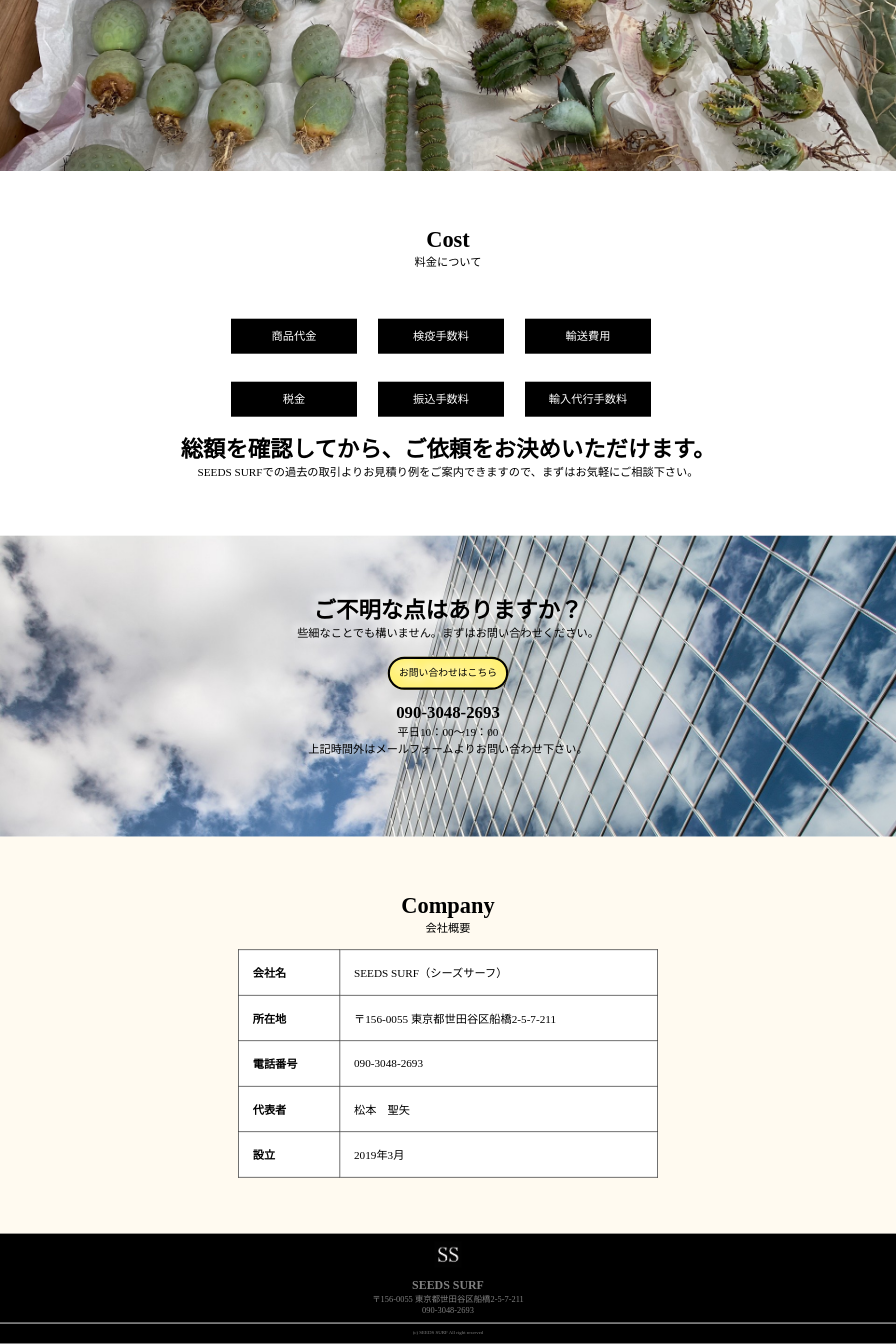
Repository: Seiya00002/seeds-surf-lp
Page: index.html
These files come from the project's save history. The page is drawn as it stood at one moment and after the next save; the edit follows.
The browser window is 1280 px wide. The pictures show the part of the page from y = 2205 to 4125 px (the page is 4125 px tall before and 4075 px after), at 70% of full size.

Above is the page before, as saved 2023-07-16 08:22:55.

### index.html
<!DOCTYPE html>
<html lang="ja">
<head>
    <meta charset="UTF-8">
    <meta http-equiv="X-UA-Compatible" content="IE=edge">
    <meta name="viewport" content="width=device-width, initial-scale=1.0">
    <title>輸入代行SEEDS SURF</title>
    <link rel="stylesheet" href="css/style.css">
</head>
<body>
    <header>
        <div class="header_left">
            <img src="img/sslogo.jpg"
                alt="logo"
                width="40"
                height="40"
                class="logo">
            <h1>希少植物・輸入代行</h1>

        </div>
        <div class="header_right">
            <img src="img/tel_logo.png"
                alt="tel_logo"
                width="35"
                height="35"
                class="tel_logo">
            <div class="header_contact">
                <h2>090-3048-2693</h2>
                <p>（平日9:00 ~ 18:00）</p>
            </div>
        </div>
    </header>

    <main>
        <div class="top_wrapper">
            <div class="container">
                <div class="hero_message">
                    <div class="calculation-app">
                        <h2>お見積り計算シュミレーション</h2>

                            <p>仕入れ先の地域を選択して下さい。</p>
                            <form name="form1">
                                <select name="place">
                                    <option value="1.2">北米</option>
                                    <option value="1.2">ヨーロッパ</option>
                                    <option value="1">アジア</option>
                                </select>
                            </form>

                            <p>箱のサイズの予想を選択して下さい。</p>
                            <form name="form2">
                                <select name="box">
                                    <option value="18350">15kg</option>
                                    <option value="13350">10kg</option>
                                    <option value="8150">5kg</option>
                                </select>
                            </form>
                            <p>およその商品代金を入力して下さい。</p>
                            <label>￥</label><input
                            type="text"
                            id="price"
                            value=""
                            placeholder="200,000"
                            maxlength="7"
                            size="10"
                            ></label>

                            <br>
                            <br>
                            <div class="btn-box">
                                <button id="button">計算Go!!</button>
                            </div>
                    </div>
                </div>
            </div>
        </div>


        <!-- 見積り表 -->
    <div id="estimate_table" class="estimate_wrapper">
        <div class="container">
            <h2>予想お見積り表</h2>
            <table align="center" class="estimate">
                <tr>
                    <th>商品代金</th>
                    <td>¥<span id="span2"></span></td>
                </tr>
                <tr>
                    <th>検疫手数料</th>
                    <td>¥<span id="span3"></span></td>
                </tr>
                <tr>
                    <th>送料</th>
                    <td>¥<span id="span4"></span></td>
                </tr>
                <tr>
                    <th>弊社代行手数料</th>
                    <td>¥<span id="span5"></span></td>
                </tr>
                <tr>
                    <th>海外送金手数料</th>
                    <td>¥<span id="span6"></span></td>
                </tr>
                <tr>
                    <th>税金</th>
                    <td>¥<span id="span7"></span></td>
                </tr>
                <tr>
                  <th>合計</th>
                  <th>¥<span id="span1"></span></th>
              </tr>
            </table>
            <h3>詳しくは下記の「Cost」欄をご覧下さい。</h3>
        </div>
    </div>






        <div class="top_message">
            <div class="container">
                <div class="message">
                    <h1>SEEDS SURFの輸入代行の強み</h1>
                    <p>観葉植物など検疫やワシントン条約に関わる特殊な商品の輸入代行が得意です。<br>業者様から個人事業者様、個人様の輸入、どなたもご相談下さい。<br>現地企業との交渉から購買代行全てご対応いたします。</p>

                </div>
            </div>
        </div>
        <div class="project_wrapper">
            <div class="container">
                <div class="projects">
                    <div class="project">
                        <div class="project_icon">
                            <img src="img/project_imag1.jpg">
                            <h2>「迅速・柔軟サービス」</h2>
                        </div>
                        <p class="text_contents">フットワークの軽いスタッフが、柔軟にお客様のご要望にご対応いたします。大規模な商社では実現出来ないサービスをご提供いたします。</p>

                    </div>
                    <div class="project">
                        <div class="project_icon">
                            <img src="img/pro_airport.jpg">
                            <h2>「全世界対応」</h2>
                        </div>
                        <p class="text_contents">アジアから、欧州、北米を始めとし、その他オセアニア、南米、アフリカ地域と全地域ご対応出来ます。</p>

                    </div>
                    <div class="project">
                        <div class="project_icon">
                            <img src="img/project_img3.jpg">
                            <h2>「現地企業のご紹介サービス」</h2>
                        </div>
                        <p class="text_contents">私たちは信頼出来る良質な業者様とお付き合いがございます。そちらのご紹介も行っております。</p>
                    </div>
                        <div class="clear"></div>

                </div>
            </div>
        </div>
        <div class="service_wrapper">
            <div class="container">
                <div class="service_heading">
                    <h1>Frow</h1>
                    <p>輸入取引の流れ</p>
                </div>
                <div class="step">
                    <img src="img/person_img.png"
                    class="step_icon">
                    <div class="step_cont">
                        <h2>Step 1</h2>
                        <p>現地企業交渉</p>
                    </div>
                </div>
                <img src="img/down_img.png" class="step_icon2">

                <div class="step">
                    <img src="img/cal_img.png"
                    class="step_icon">
                    <div class="step_cont">
                        <h2>Step 2</h2>
                        <p>お見積り</p>
                    </div>
                </div>
                <img src="img/down_img.png" class="step_icon2">

                <div class="step">
                    <img src="img/bank_img.png"
                    class="step_icon">
                    <div class="step_cont">
                        <h2>Step 3</h2>
                        <p>お支払い</p>
                    </div>
                </div>
                <img src="img/down_img.png" class="step_icon2">
                <div class="step">
                    <img src="img/airp_imag.png"
                    class="step_icon">
                    <div class="step_cont">
                        <h2>Step 4</h2>
                        <p>発送</p>
                    </div>
                </div>
                <img src="img/down_img.png" class="step_icon2">
                <div class="step">
                    <img src="img/drivery_img.png"
                    class="step_icon">
                    <div class="step_cont">
                        <h2>Step 5</h2>
                        <p>お受取り</p>
                    </div>
                </div>
            </div>
        </div>

        <div class="slide_wrapper">
            <div id="slide" class="slideshow">
                <p class="disc">SEEDS SURF</p>
                <a class="arrow next" id="right" href="#"></a>
                <a class="arrow back" id="left" href="#"></a>
            </div>




        </div>
        <div class="cost_wrapper">
            <div class="container">
                <div class="cost_heading">
                    <h1>Cost</h1>
                    <p>料金について</p>
                </div>
                <div class="cost_cont">
                    <div class="list01">
                        <p>商品代金</p>
                    </div>
                    <div class="list01">
                        <p>検疫手数料</p>
                    </div>
                    <div class="list01">
                        <p>輸送費用</p>
                    </div>
                    <div class="list02">
                        <p>税金</p>
                    </div>
                    <div class="list02">
                        <p>振込手数料</p>
                    </div>
                    <div class="list02">
                        <p>輸入代行手数料</p>
                    </div>
                    <!-- <div class="clear"></div> -->
                </div>
                <div class="cost_message">
                    <h1>総額を確認してから、ご依頼をお決めいただけます。</h1>
                    <p>SEEDS SURFでの過去の取引よりお見積り例をご案内できますので、まずはお気軽にご相談下さい。</p>
                </div>
            </div>
        </div>
        <div class="contact_wrapper">
            <div class="container">
                <h1>ご不明な点はありますか？</h1>
                <p>些細なことでも構いません。まずはお問い合わせください。</p>
                <a href="https://seeds-surf.com/%e3%81%8a%e5%95%8f%e3%81%84%e5%90%88%e3%82%8f%e3%81%9b/" class="btn contact">お問い合わせはこちら</a>
                <h2>090-3048-2693</h2>
                <p>平日10：00〜19：00<br>上記時間外はメールフォームよりお問い合わせ下さい。</p>
            </div>
        </div>
        <div class="company_wrapper">
            <div class="container">
                <h1>Company</h1>
                <p>会社概要</p>
                <table align="center" class="company">
                    <tr>
                        <th>会社名</th>
                        <td>SEEDS SURF（シーズサーフ）</td>
                    </tr>
                    <tr>
                        <th>所在地</th>
                        <td>〒156-0055 東京都世田谷区船橋2-5-7-211</td>
                    </tr>
                    <tr>
                        <th>電話番号</th>
                        <td>090-3048-2693</td>
                    </tr>
                    <tr>
                        <th>代表者</th>
                        <td>松本　聖矢</td>
                    </tr>
                    <tr>
                        <th>設立</th>
                        <td>2019年3月</td>
                    </tr>
                </table>
            </div>
        </div>


    </main>

    <footer>
        <div class="container">
                <img src="img/sslogo.jpg"
                    alt="logo"
                    width="40"
                    height="40"
                    class="logo">
                <h1>SEEDS SURF</h1>
                <p>〒156-0055 東京都世田谷区船橋2-5-7-211<br>090-3048-2693</p>
                <hr color="gray">
                <small>(c) SEEDS SURF All right reserved</small>
        </div>
    </footer>

    <script src="./app.js"></script>
</body>
</html>

### css/style.css
/* all */
*{
    box-sizing: border-box;
    margin: 0;
    padding: 0;
}

h1 {
    font-family: 'Times New Roman', Times, serif;

}

h2 ,h3 ,p {
    font-family: 'Hiragino Sans';

}
/* header */

header {
    height: 70px;
    display: flex;
    align-items: center;

}

.header_left {
    display: flex;
}

.header_right {
    display: flex;
    margin: 0 0 0 auto;
}

.logo {
    margin: 10px 10px;
}

.tel_logo {
    margin: 20px 10px;
}

header h1 {
    font-size: 19px;
    padding: 18px 10px;
}

header h2 {
    font-size: 21px;
    padding: 15px 10px 0 0;
}

header p {
    padding-bottom: 10px;
}
.container {
    text-align: center;
    width: 100%;
}

/* main */

/* top */
.top_wrapper {
    background-image: url(../img/top_img.jpeg);
    color: white;
    background-size: cover;
    width: 100%;
    height: auto;
}

.hero_message {
    font-size: 15px;
    color: black;
    height: 500px;
    min-width:100%;
    font-weight: bold;
    display: flex;
    justify-content: center;
    align-items: center;
    line-height: 2.5em;
    background: rgb(255, 255, 255,0.4);
}

.top_message {
    background-color: black;
    color: white;
    padding: 30px 0;
}

.top_message p {
    padding-top: 20px;
    font-size: 17px;
    line-height: 1.6rem;
}

/* project_wrapper */
.project_wrapper {
    margin-bottom: 80px;
}

.project {
    float: left;
    width: 33%;
    padding: 20px 10px 20px 10px;
    height: 300px;

}

.project_icon {
    position: relative;

}

.project_icon h2 {
    position: absolute;
    top: 80px;
    width: 100%;
    color: white;
    font-weight: normal;

}


@media (max-width: 1000px) {
    .project {
        width: 50%;
    }
}

@media (max-width: 670px) {
    .project {
        width: 100%;
    }
}

.clear {
    clear: left;
}

/* service_wrapper */
.service_wrapper {
    background-color: #fffaf0;
    padding: 80px 0;
}

.service_heading {
padding-bottom: 50px;
}

.step {
    display: flex;
    justify-content: center;
    align-items: center;
    padding: 20px 0;

}

.step_cont {
    padding-left: 50px;
}

.step_icon {
    width: 70px;
    height: 70px;

}

.step_icon2 {
    width: 15px;
    height: 15px;

}

.step h2 {
    font-size: 14px;
}

.step p {
    font-size: 20px;
    padding-top: 13px;
}

/* cost_wrapper */
.cost_wrapper {
    padding: 80px 0;
}

.cost_cont {
    padding-top: 50px;
    width: 650px;
    margin: 0 auto;
    flex-wrap: wrap;
    display: flex;

}


.list01 {
    background-color: black;
    width: 180px;
    height: 50px;
    color: white;
    margin: 20px 15px;
    justify-content: center;
    padding-top: 12px;

}

.list02 {
    background-color: black;
    width: 180px;
    height: 50px;
    color: white;
    margin: 20px 15px;
    justify-content: center;
    padding-top: 12px;


}

@media (max-width: 670px) {
    .cost_cont h2 {
        width: 50%;
    }
}

/* contact_wrapper */
.contact_wrapper {
    background-image: url(../img/sky&office_img.jpeg);
    padding: 80px 0;
    background-size: cover;
    text-shadow: 6px 6px 10px white, -6px -6px 10px white;


}

.contact_wrapper p {
    padding-bottom: 35px;
}

.btn {
    width: 180px;
    height: 35px;
    padding: 13px;
    font-size: 14px;
    color: black;
    background-color:#fff176;
    border: black solid;
    border-radius: 24px;
    user-select: none;
    cursor: pointer;
    text-decoration: none;
}

.btn:hover {
    opacity: .7;
}

.contact_wrapper h2 {
    padding-top: 35px;
}

/* company_wrapper */
.company_wrapper {
    padding: 80px 0;
    background-color: #fffaf0;

}

.company_wrapper p {
    padding-bottom: 20px;
}

table.company {
    border-collapse: collapse;
    width: 600px;
    background-color: white;
    margin: auto;
}

th, td {
    border: solid 1px #333;
    padding: 20px;
}

.company th,td {
    text-align: left;
}


/* footer */

footer {
    background-color: black;
    color: gray;
    padding-bottom: 10px;

}

footer h1 {
    font-size: 17px;
}

footer p {
    font-size: 12px;
    padding-bottom: 10px;
}
small {
    font-size: 7px;

}


/* slideshow 追加 */
.slide_wrapper{
    max-width: 100%;
    height: 400px;
    margin: auto;

}
/*画像配置*/
.slideshow{
    max-width: 100%;
    height: 100%;
    background-image: url(../img/import-img1.jpg);
    background-repeat: no-repeat;
    background-size: cover;
    background-position: 0% 50%;/*左 中央のよせ*/
}
/*文字*/
.disc{
    margin: auto;
    text-align: center;
    font-size: 3em;
    color: #ffffff;
    font-weight: 800;
    padding-top:5%;
}
/*>*/
.next{
    float: right;
    top: 0px;
    right: 50px;
}
/*<*/
.back{
    float: left;
    bottom: 0px;
    left: 30px;
}
/*矢印のデザイン*/
.arrow{
    position: relative;
    display: inline-block;
    padding: 0 0 0 16px;
    color: #000;
    vertical-align: middle;
    text-decoration: none;
    font-size: 15px;
}
.arrow::before,
.arrow::after{
    position: absolute;
    top: 0;
    bottom: 0;
    left: 0;
    margin: auto;
    content: "";
    vertical-align: middle;
}

.next::before{
    left: 0px;
    width: 30px;
    height: 30px;
    border-top: 5px solid rgb(255, 255, 255);
    border-right: 5px solid rgb(255, 255, 255);
    -webkit-transform: rotate(45deg);
    transform: rotate(45deg);
}
.back::before{
    left: 0px;
    width: 30px;
    height: 30px;
    border-bottom: 5px solid rgb(255, 255, 255);
    border-left: 5px solid rgb(255, 255, 255);
    -webkit-transform: rotate(45deg);
    transform: rotate(45deg);
}
/* CSSアニメーションの指定 */
.slideshow{
    transition: background-image 1s ease-in;
}

/* 計算シュミレーション追加 */
.btn-box button {
    width: 180px;
    height: 35px;
    padding: 6px;
    font-size: 14px;
    color: black;
    background-color:#fff176;
    border: black solid;
    border-radius: 24px;
    user-select: none;
    cursor: pointer;
  }

  .btn-box button:hover {
    opacity: .7;
  }


/* 見積り表追加 */
.estimate_wrapper {
    display: none;
    background-color: #fffaf0;
    padding: 40px 0;
}

table.estimate {
    border-collapse: collapse;
    width: 450px;
    background-color: white;
    margin: auto;
}

.estimate th{
    padding: 15px 20px;
    text-align: center;
}

.estimate td{
    text-align: center;
}

.estimate_wrapper.appear {
    display: block;
    animation: .5s fadeIn;
  }

  @keyframes fadeIn {
    0% {
      opacity: 0;
      transform: translateY(-10px);
    }
    100% {
      opacity: 1;
      transform: none;
    }
  }




@media screen and (max-width:768px) {
  .slide-pic{
    height: 250px;
  }
    .disc{
        padding-top:5%;
    }
    /*>*/
    .next{
        top: 30px;
    }
    /*<*/
    .back{
        top: 30px;
    }
}

### app.js
window.onload =
function (){

    let images = [
        'url(./img/import-img1.jpg)',
        'url(./img/import-img2.jpg)',
        'url(./img/import-img3.jpg)'
    ]

    let target = document.querySelector('#slide');
    let right = document.querySelector('#right');
    let left = document.querySelector('#left');

    // 画像カウンター表示
    let count = 0;

    function change(){
        target.style.backgroundImage = images[count];
        if( count == 2){
            count = 0;
        } else {
            count++;
        }
    }

    function goNext() {
        event.preventDefault();
        change();
    }

    function goBack() {
        event.preventDefault();
        if( count == 0){
            count = 2;
        } else {
            count--;
        } change();
    }

    right.addEventListener( 'click', goNext, false);
    left.addEventListener( 'click', goBack, false);


setInterval(change, 3000);

};

// 計算シュミレーションapp

let button = document.getElementById("button");
button.onclick = clickBtn1;

function clickBtn1(){

    const place = document.form1.place;
    const box = document.form2.box;
    const price = document.getElementById('price');

    // 値(数値)を取得
    const num = place.selectedIndex;
    const boxnum = box.selectedIndex;

    // 値(数値)から値(value値)を取得
    let region = place.options[num].value;
    let boxPrice = box.options[boxnum].value;
    let plantsPriceString = price.value;

    let plantsPrice = parseInt(plantsPriceString, 10); // plantsPriceStringを数値に変換
    let boxPriceValue = parseInt(boxPrice, 10); // plantsPriceStringを数値に変換

    const phyto = 10000;
    let argent = plantsPrice * 0.2;
    let sendingMoneyNum = (plantsPrice + boxPriceValue) * 0.0073;
    let sendingMoney = Math.round(sendingMoneyNum);
    let tax = plantsPrice * 0.07;

    let taxValue = parseInt(tax, 10);
    let sendingMoneyNumValue = parseInt(sendingMoney, 10);

    let estimateNum = ( region * boxPrice) + (plantsPrice *0.2) + phyto + plantsPrice + sendingMoneyNumValue + taxValue;
    let plantsValue = plantsPrice.toLocaleString();
    let phytoFee = phyto.toLocaleString();
    let boxFee = boxPriceValue.toLocaleString();
    let argentFee = argent.toLocaleString();
    let sendingMoneyFee = sendingMoney.toLocaleString();
    let taxFee = tax.toLocaleString();
    let estimate = estimateNum.toLocaleString();

    document.getElementById("span1").textContent = estimate;
    document.getElementById("span2").textContent = plantsValue;
    document.getElementById("span3").textContent = phytoFee;
    document.getElementById("span4").textContent = boxFee;
    document.getElementById("span5").textContent = argentFee;
    document.getElementById("span6").textContent = sendingMoneyFee;
    document.getElementById("span7").textContent = taxFee;

  }

// 見積り表示切り替え
// const btn1 = document.getElementById('button');
// const estimateTable = document.getElementById('estimate_table');

// btn1.addEventListener('click', () => {
//     estimateTable.classList.toggle('estimate_wrapper');
// }, false);

const btn = document.getElementById('button')
btn.addEventListener('click', () => {
    const estimate_table = document.getElementById('estimate_table');
    estimate_table.classList.toggle('appear');

    if (btn.textContent == "計算Go!!") {
      btn.textContent = "閉じる";
    } else {
      btn.textContent = "計算Go!!";
    }
  });

After the next save:
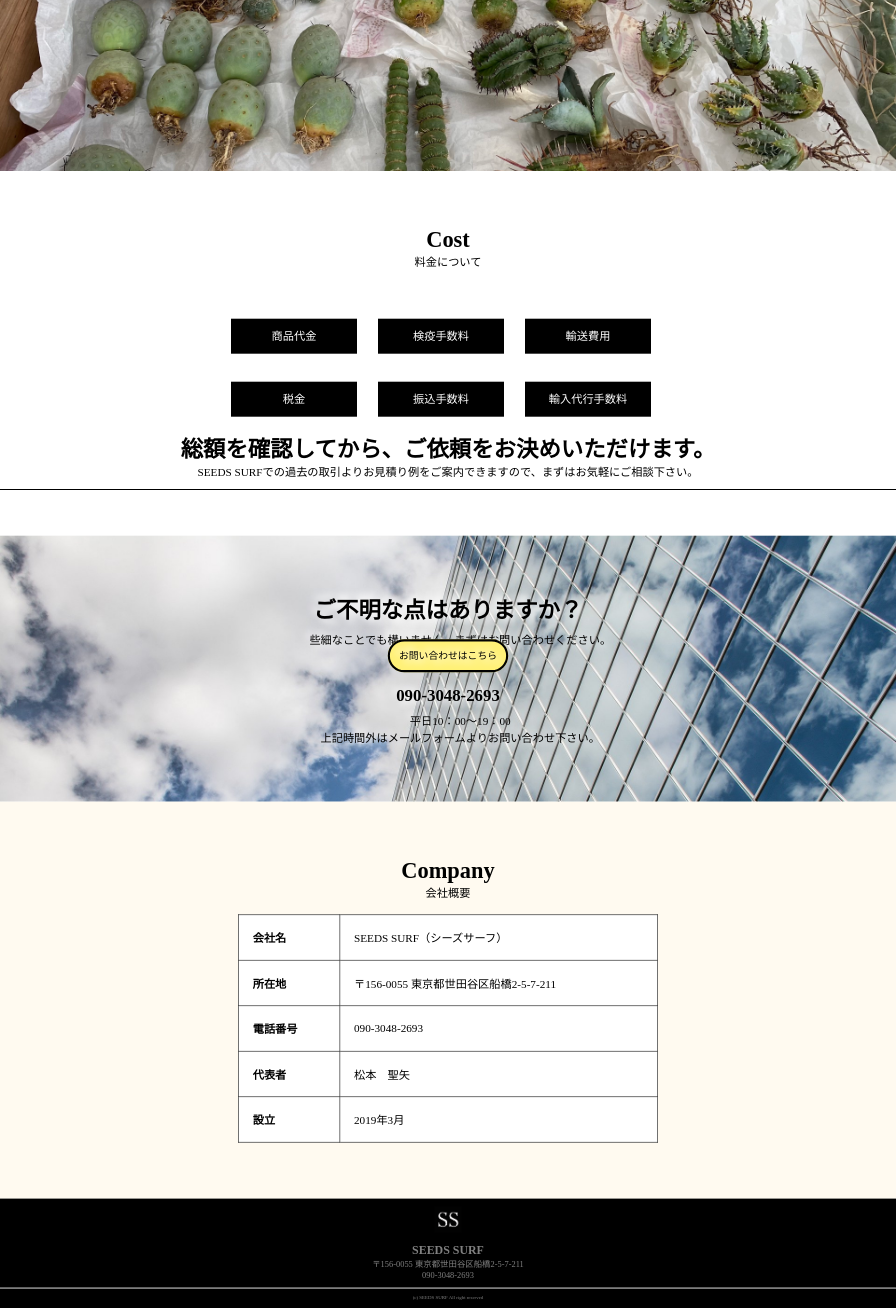
Saved 74 s later.
--- a/css/style.css
+++ b/css/style.css
@@ -231,12 +231,10 @@ padding-bottom: 50px;
     padding: 80px 0;
     background-size: cover;
     text-shadow: 6px 6px 10px white, -6px -6px 10px white;
-
-
 }
 
 .contact_wrapper p {
-    padding-bottom: 35px;
+    padding:10px 0 0 35px;
 }
 
 .btn {
